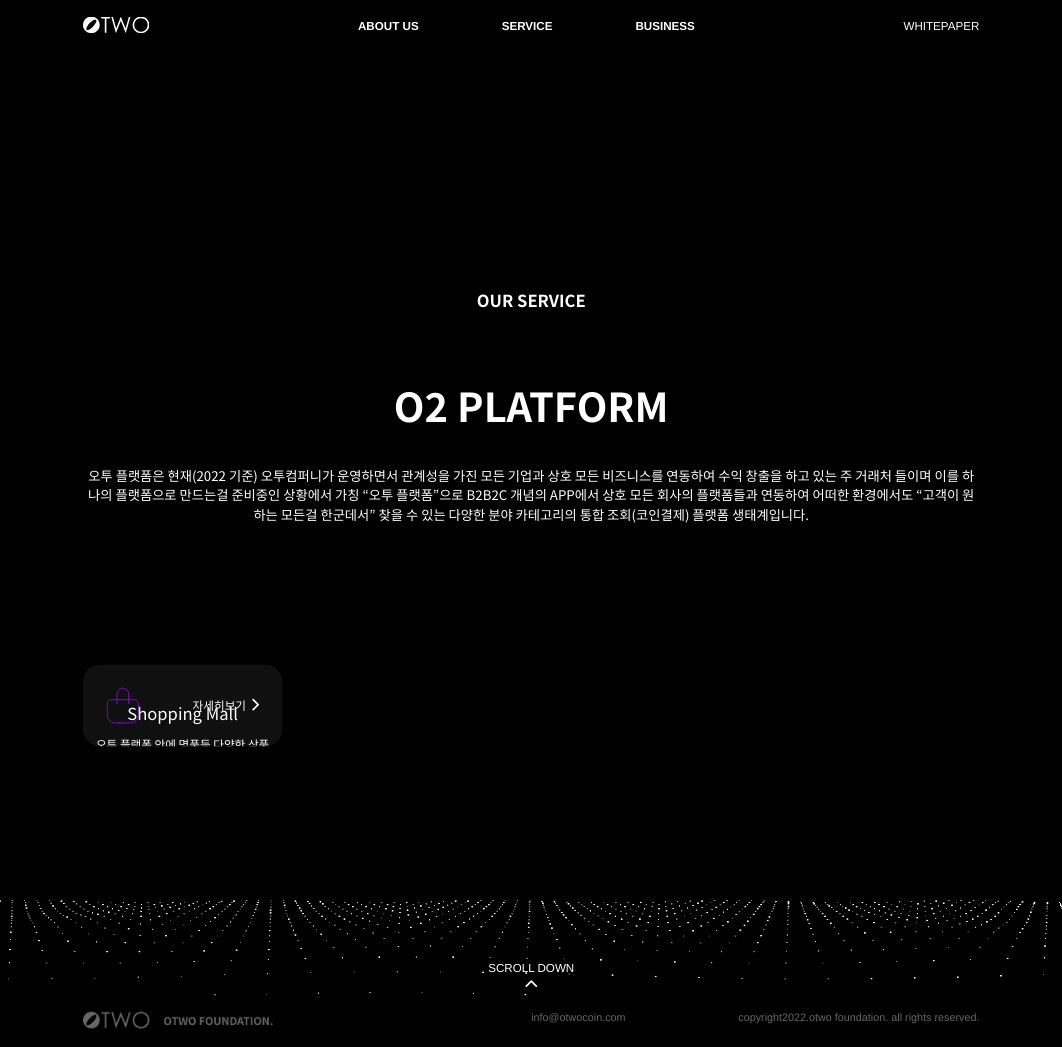
Repository: songhun115/Otwo
Page: service.html
The author's editor kept a copy of each file at every save. The page is drawn from the files as they stood at one save, then again after the next save.
The browser window is 1280 px wide. The pictures show the whole page, at 83% of full size.

Above is the page before, as saved 2022-11-23 10:27:09.
Not found: js/three.js

After the next save:
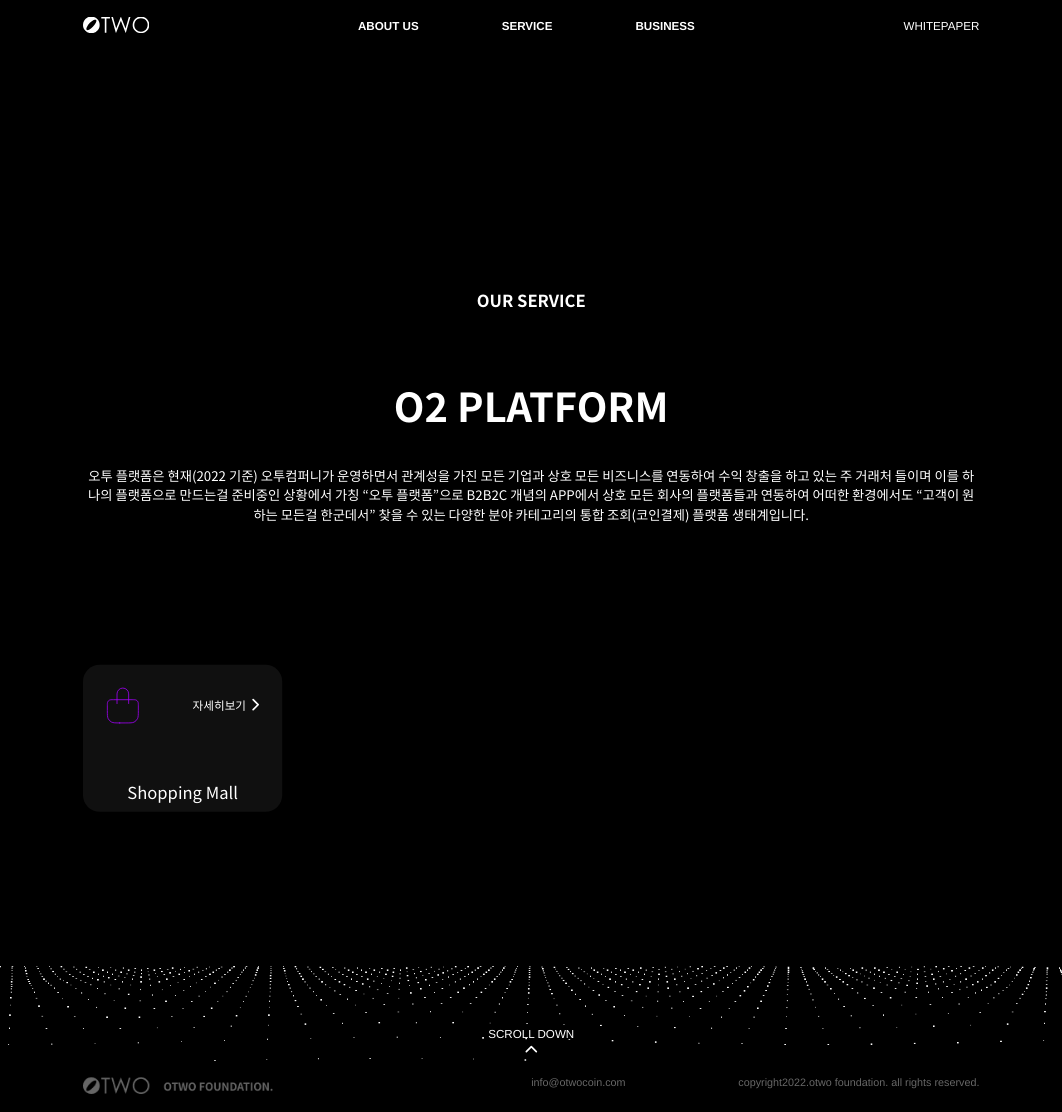
Saved 3 s later.
--- a/service.html
+++ b/service.html
@@ -84,7 +84,7 @@
         <ul class="platform-list">
             <li class="platform-item">
                 <a href="sub-page/shoping.html">
-                <div class="platform-img">
+                <div class="platform-img service-platform-img">
                     <img class="none-hover" src="img/shoping.svg" alt="">
                     <img class="yes-hover" src="img/shoping-white.svg" alt="">
                     <div class="detail-more">
